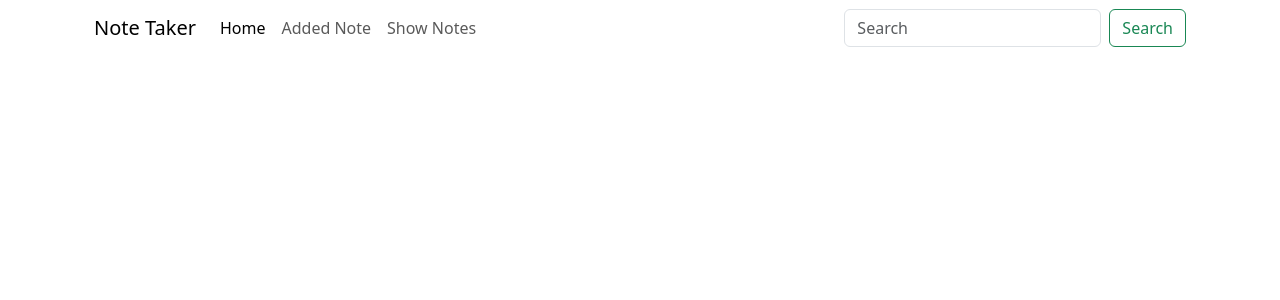
Repository: ArbabAdnan/hibernate
Page: http://localhost/NoteTaker/
An editor plug-in stored every save of this project. The page is shown before and after the next save, followed by the edit.
The browser window is 1280 px wide. The pictures show the whole page.
The page is served by Tomcat 9.

Above is the page before, as saved 2023-02-11 14:00:19.

After the next save:
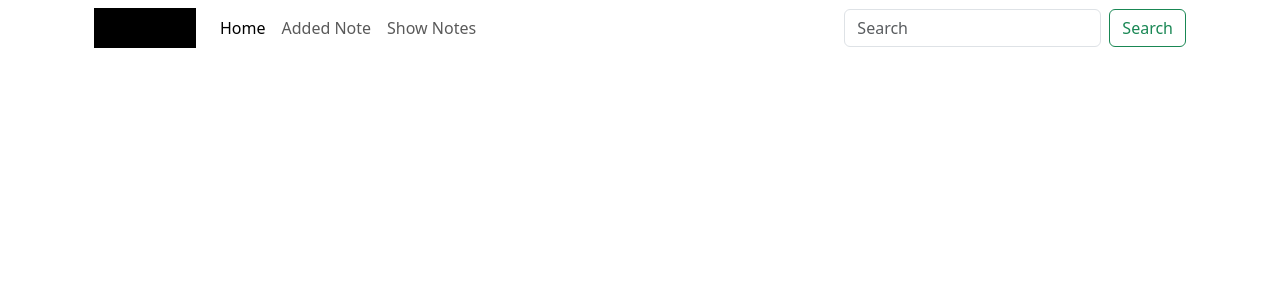
Saved 24 s later.
--- a/NoteTaker/src/main/webapp/css/style.css
+++ b/NoteTaker/src/main/webapp/css/style.css
@@ -1,3 +1,3 @@
-purple{
+a{
 	background: black;
 }

After the 2 saves that followed:
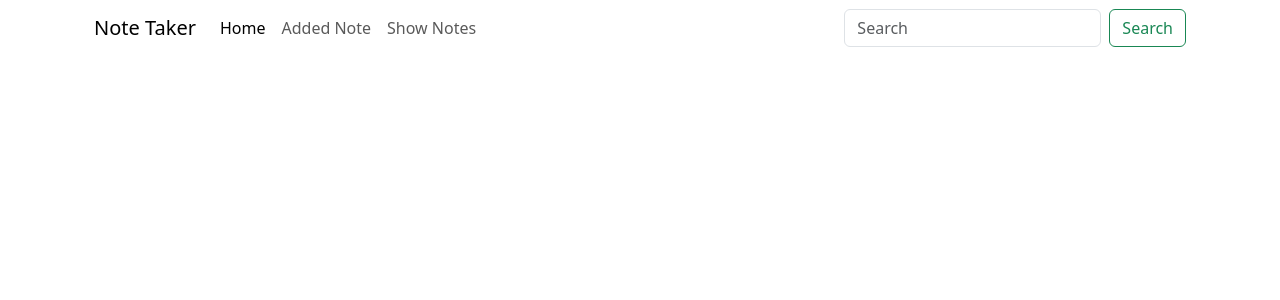
The 2 saves are shown as one change because 1 left the picture as it was.
The last was saved 16 s later.
--- a/NoteTaker/src/main/webapp/navbar.jsp
+++ b/NoteTaker/src/main/webapp/navbar.jsp
@@ -1,4 +1,4 @@
-<nav class="navbar navbar-expand-lg navbar-light purple">
+<nav class="navbar navbar-expand-lg navbar-light a">
   <div class="container-fluid">
     <a class="navbar-brand" href="#">Note Taker</a>
     <button class="navbar-toggler" type="button" data-bs-toggle="collapse" data-bs-target="#navbarSupportedContent" aria-controls="navbarSupportedContent" aria-expanded="false" aria-label="Toggle navigation">
--- a/NoteTaker/src/main/webapp/css/style.css
+++ b/NoteTaker/src/main/webapp/css/style.css
@@ -1,3 +1,3 @@
-a{
-	background: black;
+purple{
+	background: #3f51b5;
 }
